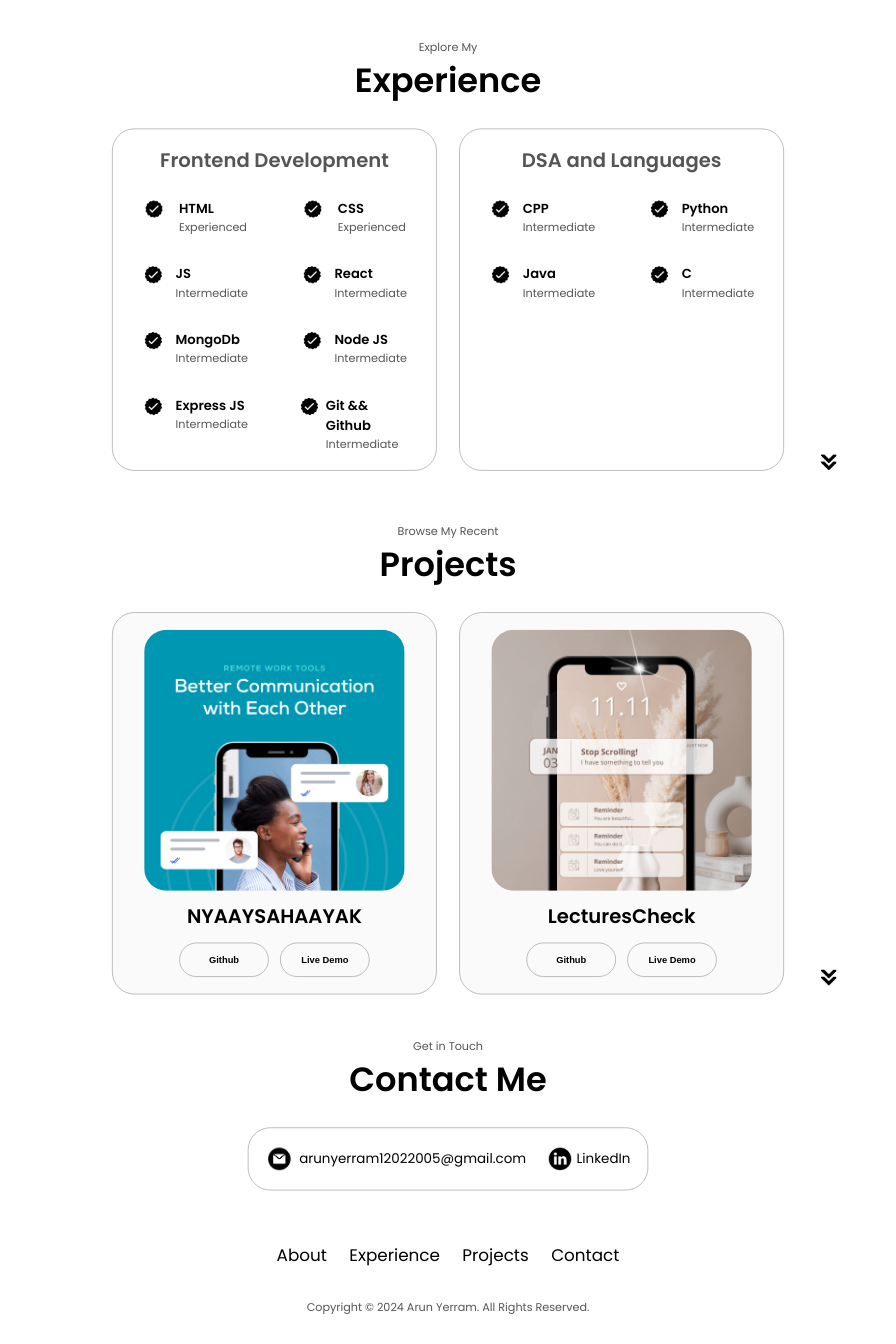
Repository: ARUN-YERRAM/ARUN-YERRAM-PORTFOLIO
Page: portfolio/index.html
These files come from the project's save history. The page is drawn as it stood at one moment and after the next save; the edit follows.
The browser window is 1280 px wide. The pictures show the part of the page from y = 1481 to 3401 px (the page is 3401 px tall), at 70% of full size.

Above is the page before, as saved 2024-07-07 04:15:52.

After the next save:
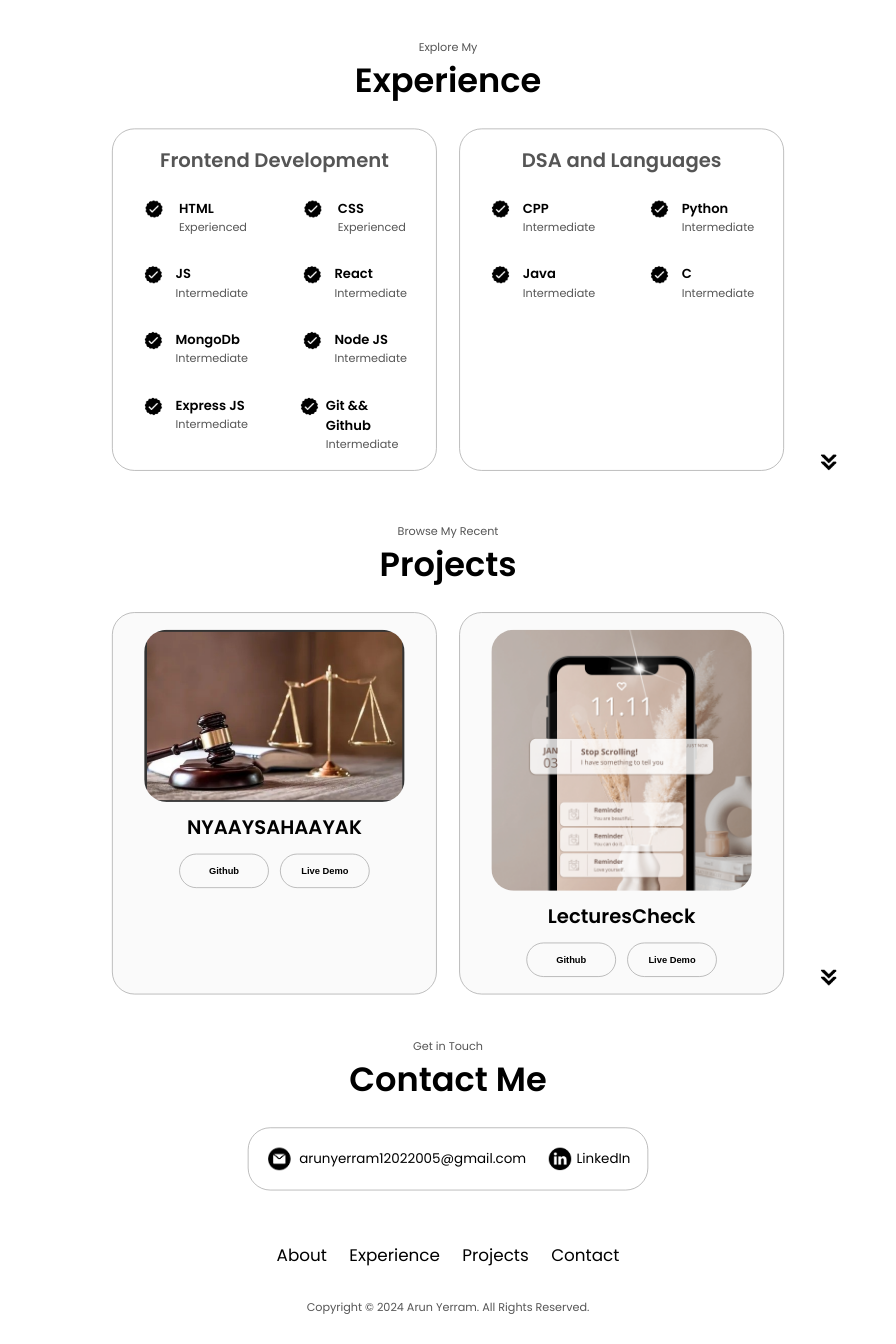
Saved 93 s later.
--- a/portfolio/index.html
+++ b/portfolio/index.html
@@ -292,7 +292,7 @@
           <div class="details-container color-container">
             <div class="article-container">
               <img
-                src="./assets/project-1.png"
+                src="./assets/p1.png"
                 alt="Project 1"
                 class="project-img"
               />
